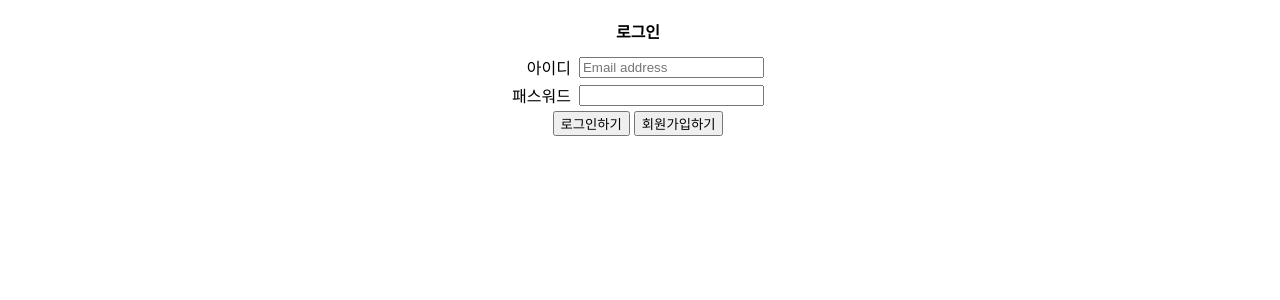
Repository: Dnut0121/2023_JSP
Page: http://localhost/Hello2/loginForm.jsp
An editor plug-in stored every save of this project. The page is shown before and after the next save, followed by the edit.
The browser window is 1280 px wide. The pictures show the whole page.
The page is served by Tomcat 9.

Above is the page before, as saved 2023-11-29 03:11:07.

After the next save:
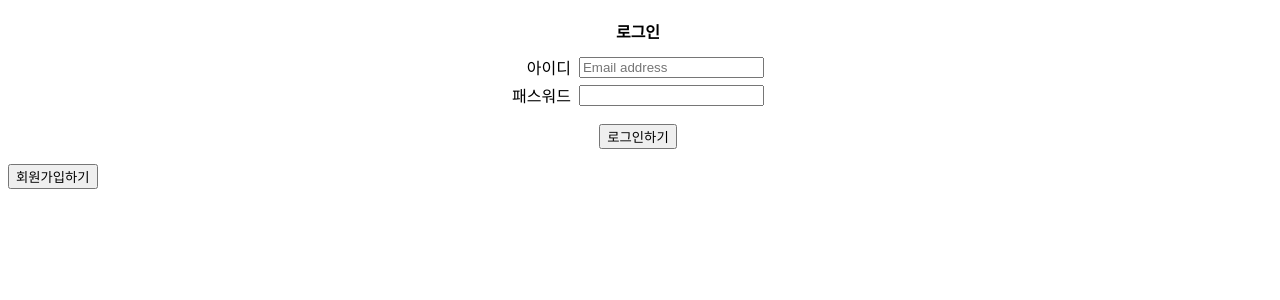
Saved 62 s later.
--- a/201907036_KDH/Hello2/src/main/webapp/loginForm.jsp
+++ b/201907036_KDH/Hello2/src/main/webapp/loginForm.jsp
@@ -18,12 +18,14 @@
 		<td><input type="password" name="ps" required></td>
 	</tr>
 	<tr>
-		<td colspan=2 align=center>
+		<td colspan=2 align=center height=50>
 			<input type="submit" value="로그인하기">
-			<a href='signup.jsp'><button>회원가입하기</button></a>
 		</td>
 	</tr>
 	</table>
 	</form>
+
+	<form action="signup.jsp">
+	<a href='signup.jsp'><button>회원가입하기</button></a>
 </body>
 </html>
